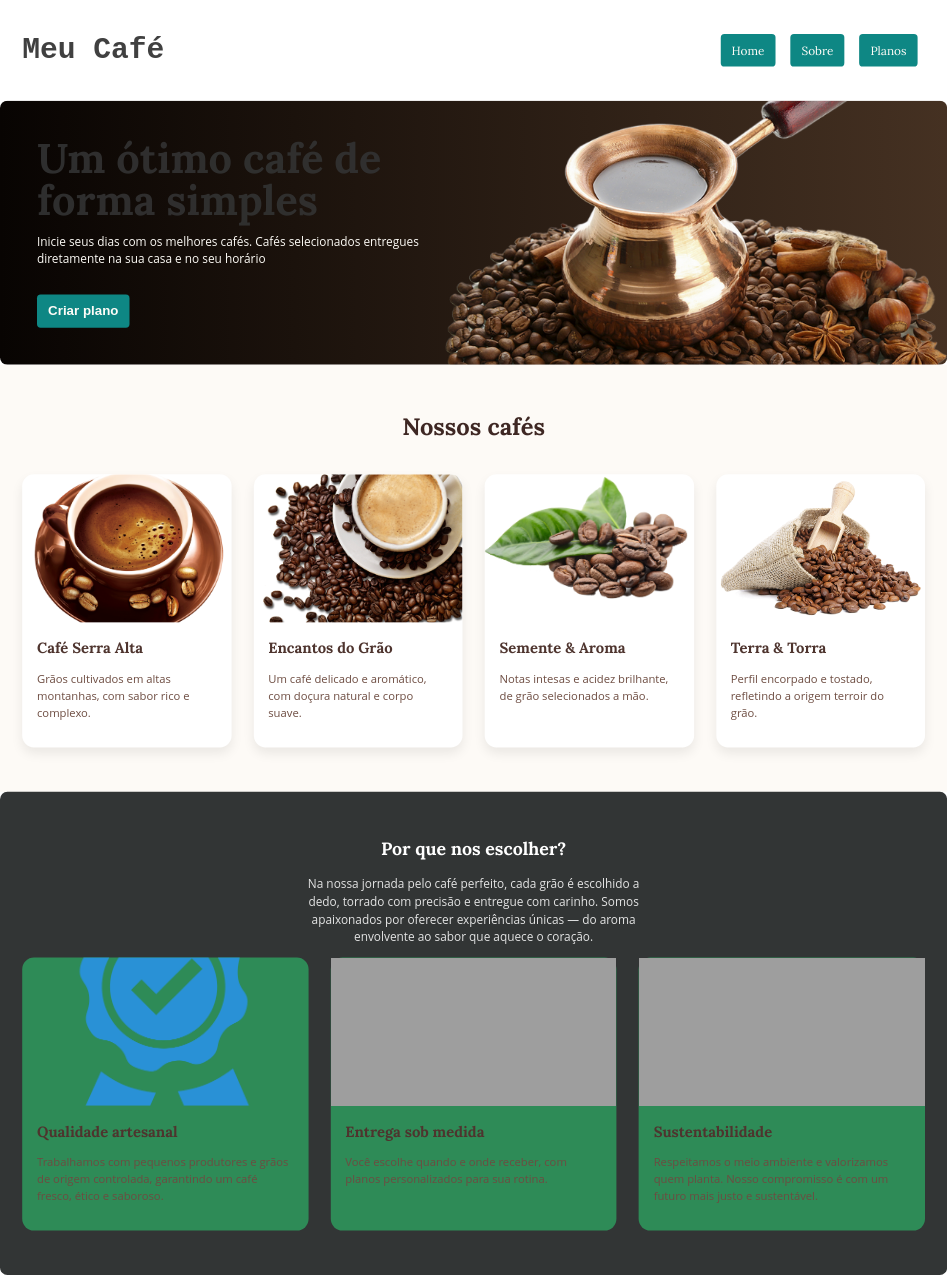
Repository: meiotera/meu_cafe.dev
Page: /
These files come from the project's save history. The page is drawn as it stood at one moment and after the next save; the edit follows.
The browser window is 1280 px wide. The pictures show the whole page, at 74% of full size.
Pictures or frames that could not be fetched are drawn as grey boxes. The project was rebuilt for these pictures with package versions that can differ from the ones it lists, and the page was loaded fresh each time. Also part of the build but not shown: vite.config.js, src/Pages/AboutUs.jsx, src/Pages/YourPlane.jsx.

Above is the page before, as saved 2025-04-03 16:25:06.

After the next save:
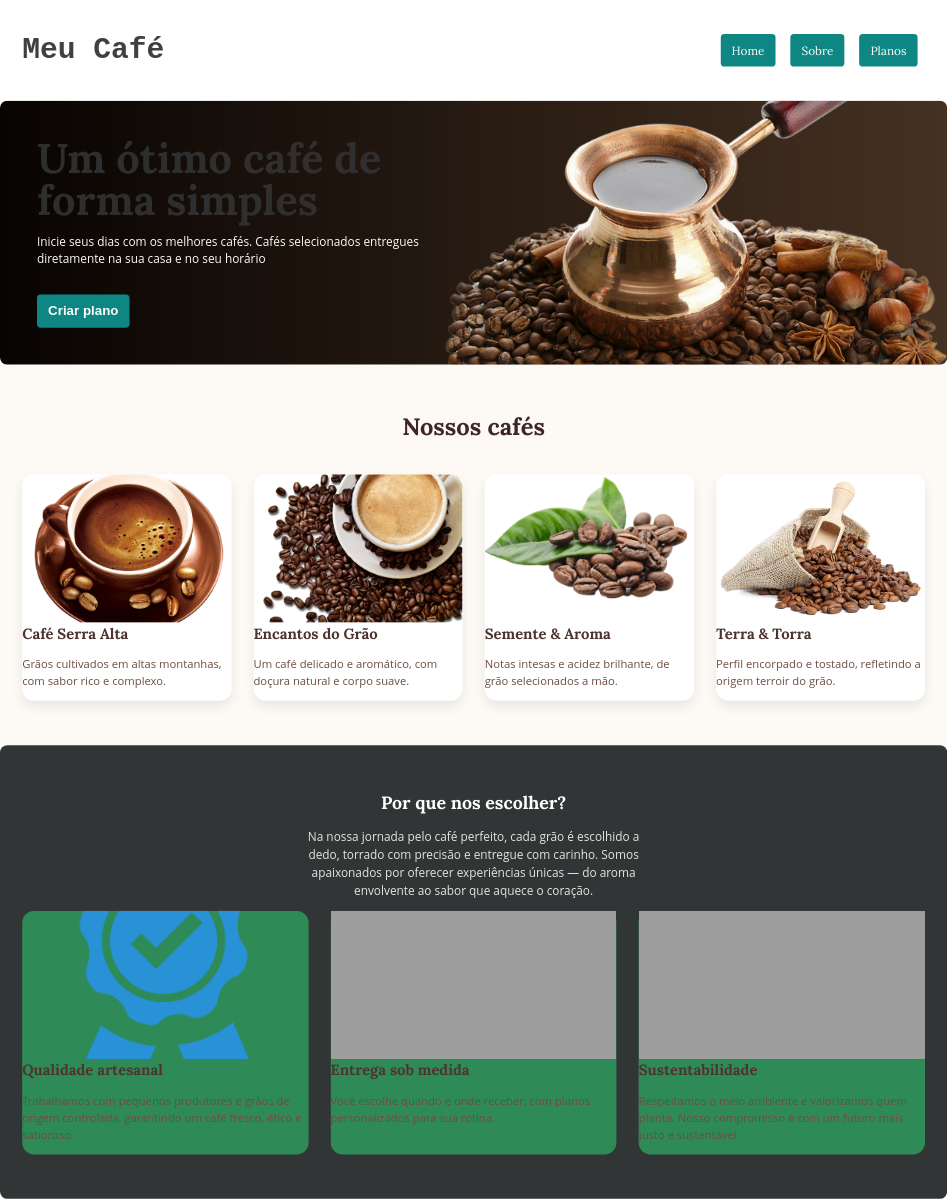
Saved 72 s later.
--- a/src/components/Card/Card.module.css
+++ b/src/components/Card/Card.module.css
@@ -23,6 +23,14 @@
   object-fit: cover;
 }
 
+.cardDestaque .imgContainer {
+  height: 50px;
+  width: 50px;
+
+  border-radius: 50%;
+}
+}
+
 .texto {
   padding: 20px;
 }

After the save that followed:
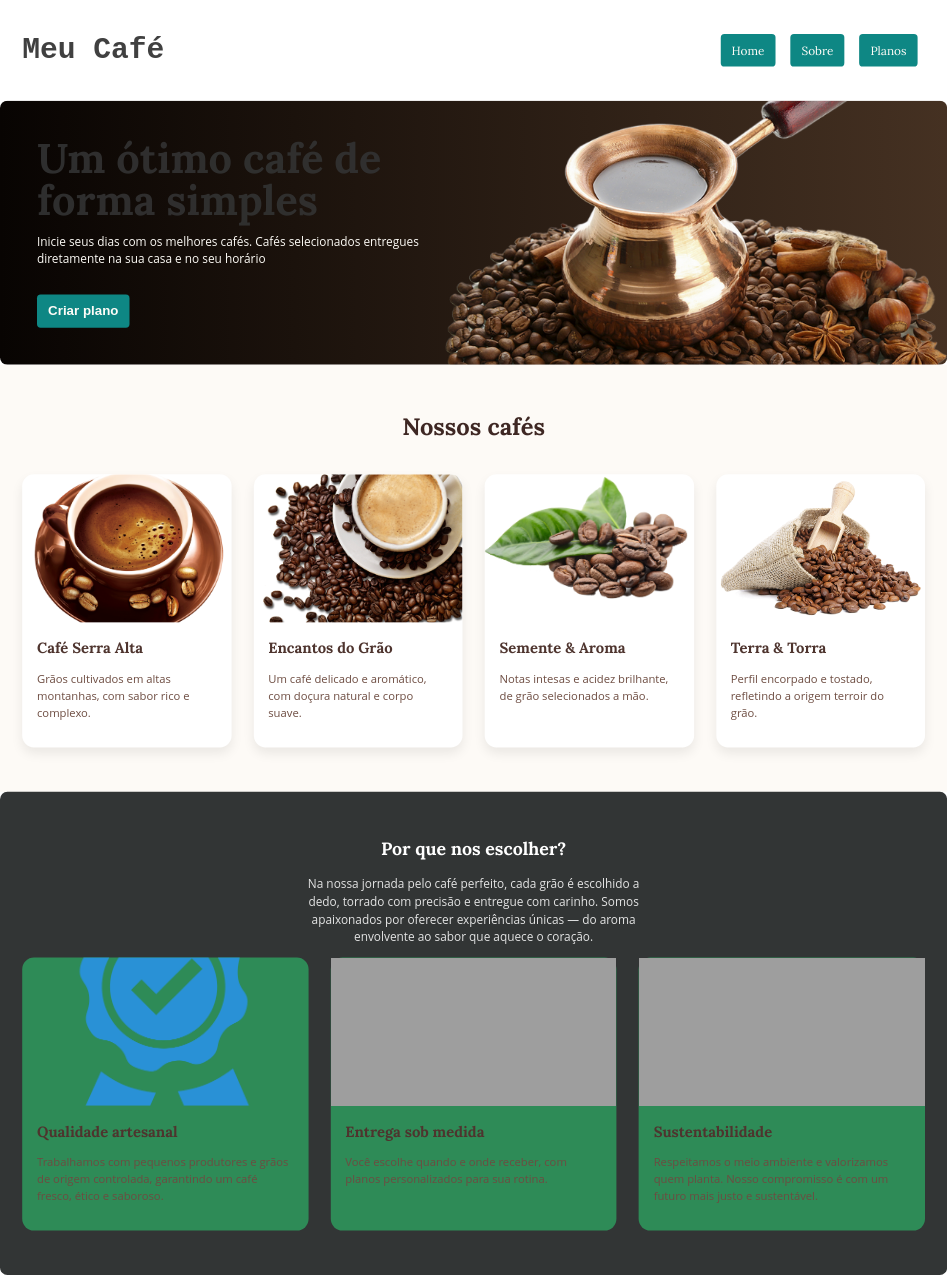
Saved 7 s later.
--- a/src/components/Card/Card.module.css
+++ b/src/components/Card/Card.module.css
@@ -29,7 +29,6 @@
 
   border-radius: 50%;
 }
-}
 
 .texto {
   padding: 20px;
